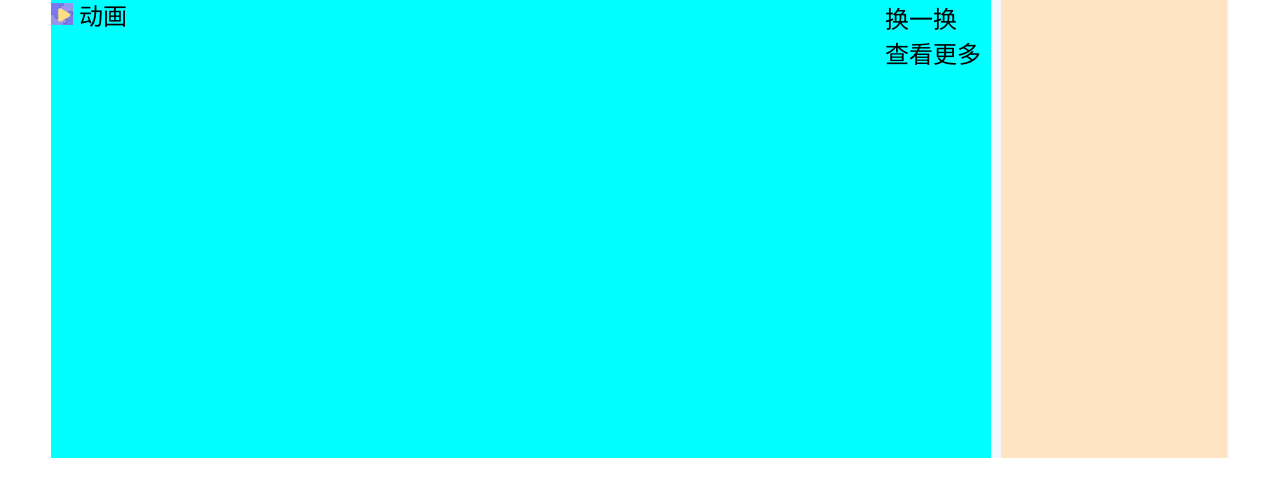
Repository: zhangwen001208/Honor-kings
Page: bibi.html
The author's editor kept a copy of each file at every save. The page is drawn from the files as they stood at one save, then again after the next save.
The browser window is 1280 px wide. The pictures show the whole page.

Above is the page before, as saved 2022-06-21 10:06:53.

After the next save:
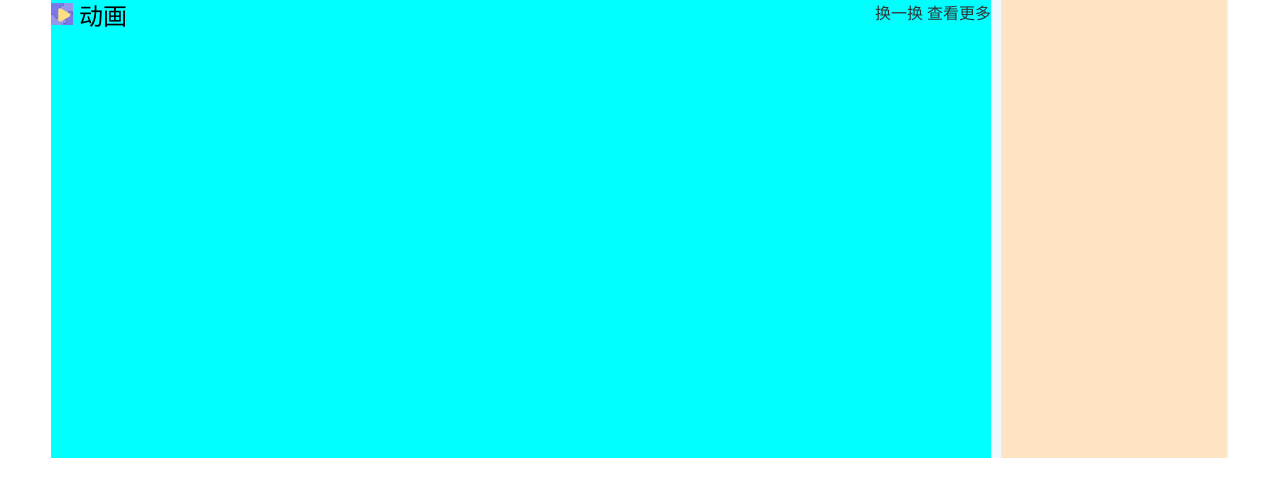
Saved 20 s later.
--- a/bibi.html
+++ b/bibi.html
@@ -40,7 +40,7 @@
             margin-right: 6px;
             background: url(./image/animation_icon.png) no-repeat;
         }
-        .animation .animation-left .area-header a {
+        .animation .animation-left .area-header .area-header-left a {
             margin-right: 10px;
             display: flex;
             justify-content: flex-start;
